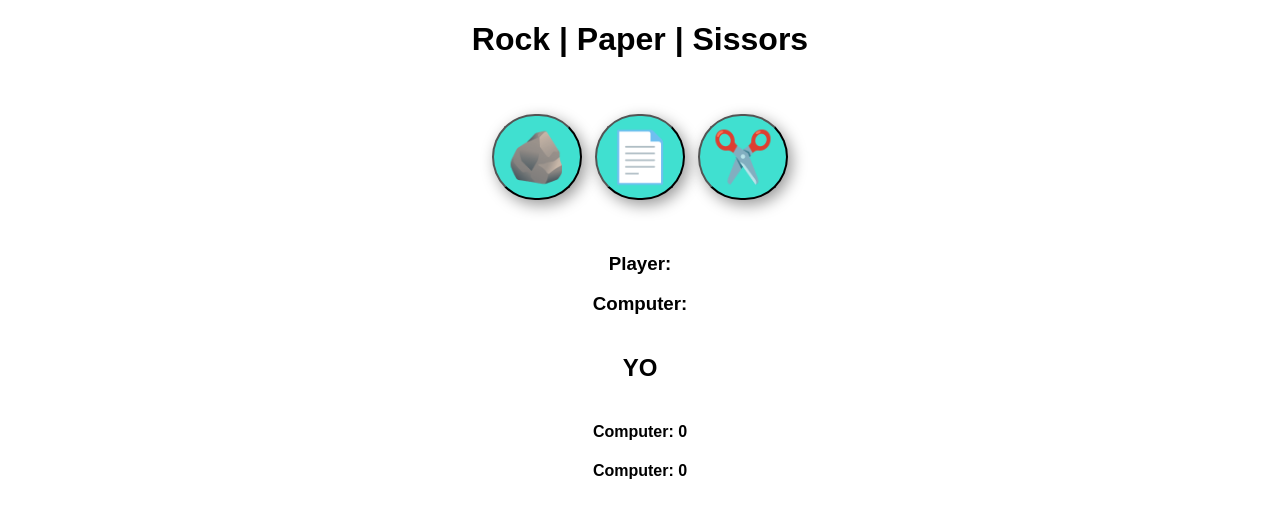
Repository: SakthivelDurai47/Rock-Paper-Sissors
Page: index.html
These files come from the project's save history. The page is drawn as it stood at one moment and after the next save; the edit follows.
The browser window is 1280 px wide. The pictures show the whole page.

Above is the page before, as saved 2025-04-14 22:13:48.

After the next save:
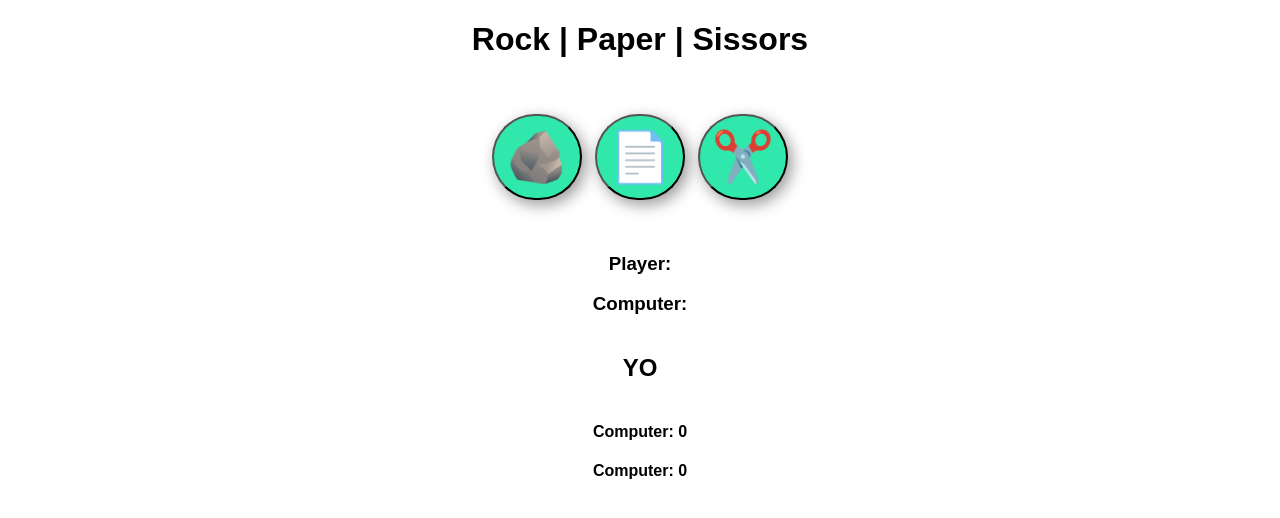
Saved 21 s later.
--- a/styles.css
+++ b/styles.css
@@ -14,9 +14,9 @@ button {
   font-size: 50px;
   padding: 12px;
   margin: 4px;
-  background-color: turquoise;
+  background-color: hsl(160, 80%, 55%);
   box-shadow: 4px 5px 15px rgba(0, 3, 3, 0.4);
 }
 button:hover {
-  background-color: hsl(160, 80%, 55%);
+  background-color: turquoise;
 }
